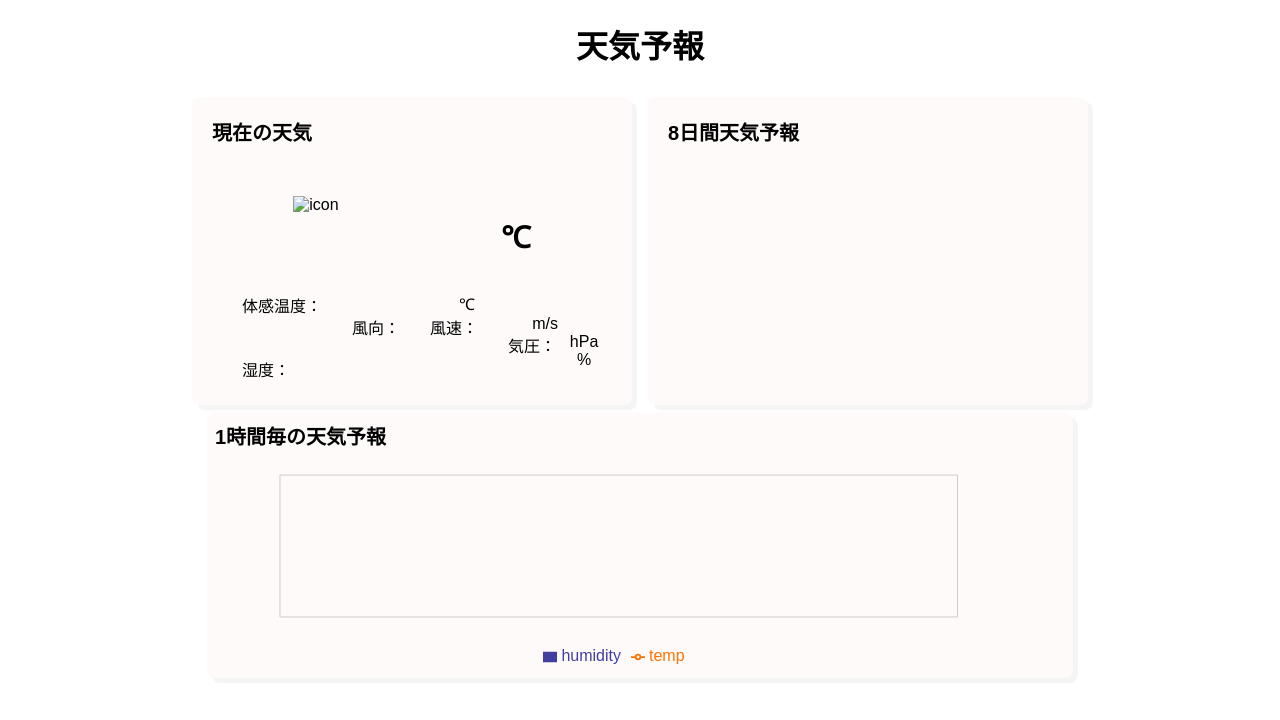
Repository: IshigureTomoki/weather-app
Page: /
The author's editor kept a copy of each file at every save. The page is drawn from the files as they stood at one save, then again after the next save.
The browser window is 1280 px wide. The pictures show the whole page.
The page's requests for data from a server got no answer. The project was rebuilt for these pictures with package versions that can differ from the ones it lists, and the page was loaded fresh each time. No one was signed in, and anything a server would have sent is missing.

Above is the page before, as saved 2022-02-25 15:21:11.

### src/App.tsx
import axios from "axios";
import { report } from "process";
import React, { useEffect, useState } from "react";
import { convertTypeAcquisitionFromJson } from "typescript";
import "./App.css";
import { LinePlot } from "./components/LinePlot";

function App() {
  useEffect(() => {
    wetherOneCall();
  }, []);

  type weatherReportType = {
    time: string;
    timezone: string;
    temp: string;
    feels_like: string;
    wind_deg: string;
    wind_speed: string;
    pressure: string;
    humidity: string;
    weatherDescription: string;
    weatherIcon: string;
  };

  type weatherDailyReportsType = {
    dt: number;
    temp: {
      max: string;
      min: string;
    };
    weather: [
      {
        description: string;
        icon: string;
        id: string;
        main: string;
      }
    ];
  };

  type weatherHourlyReportsType = {
    time: string;
    temp: string;
    humidity: string;
  };

  const [weatherReport, setWeatherReport] = useState<weatherReportType>();
  const [weatherDailyReports, setWeatherDailyReports] = useState<
    weatherDailyReportsType[]
  >([]);

  const [weatherHourlyReports, setWeatherHourlyReports] = useState<
    weatherHourlyReportsType[]
  >([]);
  const [serchCity, setSearchCity] = useState("");

  const time = (dt: number) => {
    const srTime = new Date(dt * 1000);
    const time = srTime.toLocaleTimeString();
    return `${time}`;
  };

  const hour = (dt: number) => {
    const srTime = new Date(dt * 1000);
    const hour = srTime.getHours();
    return `${hour}`;
  };

  const mday = (dt: number) => {
    const srTime = new Date(dt * 1000);
    const day = srTime.toLocaleDateString();
    return `${day}`;
  };

  const date = (dt: number) => {
    const srTime = new Date(dt * 1000);
    const date = srTime.getDate();
    return `${date}`;
  };

  const dayOfWeekStr = (dt: number) => {
    const srTime = new Date(dt * 1000);
    const day = srTime.getDay();
    const dayOfWeekStrJP = ["日", "月", "火", "水", "木", "金", "土"];
    return `(${dayOfWeekStrJP[day]})`;
  };

  const wetherOneCall = async () => {
    await axios
      .get(
        "https://api.openweathermap.org/data/2.5/onecall?lat=35.690&lon=139.692&lang=ja&units=metric&appid=ff86fbdda3c22e95ce0071f6a7826f6c"
      )
      .then((res) => {
        console.log(res);

        const get_wind_deg = (wind_deg: number) => {
          let r = "北↓";
          if (wind_deg >= 11.25) r = "北北東";
          if (wind_deg >= 33.75) r = "北東↙︎";
          if (wind_deg >= 56.25) r = "東北東";
          if (wind_deg >= 78.75) r = "東←";
          if (wind_deg >= 101.25) r = "東南東";
          if (wind_deg >= 123.75) r = "南東↖︎";
          if (wind_deg >= 146.25) r = "南南東";
          if (wind_deg >= 168.75) r = "南↑";
          if (wind_deg >= 191.25) r = "南南西";
          if (wind_deg >= 213.75) r = "南西↗︎";
          if (wind_deg >= 236.25) r = "西南西";
          if (wind_deg >= 258.75) r = "西→";
          if (wind_deg >= 281.25) r = "西北西";
          if (wind_deg >= 303.75) r = "北西↘︎";
          if (wind_deg >= 326.25) r = "北北西";
          return r;
        };

        const report = {
          time: `${mday(res.data.current.dt)} ${time(res.data.current.dt)}`,
          timezone: res.data.timezone,
          temp: res.data.current.temp,
          feels_like: res.data.current.feels_like,
          wind_deg: get_wind_deg(res.data.current.wind_deg),
          wind_speed: res.data.current.wind_speed,
          pressure: res.data.current.pressure,
          humidity: res.data.current.humidity,
          weatherDescription: res.data.current.weather[0].description,
          weatherIcon: `http://openweathermap.org/img/wn/${res.data.current.weather[0].icon}@2x.png`,
        };

        const hourlyreports = res.data.hourly.map(
          (hourly: any, index: number) => {
            return {
              time: hour(hourly.dt),
              temp: hourly.temp,
              humidity: hourly.humidity,
            };
          }
        );

        hourlyreports.length = 24;

        console.log(report);
        setWeatherReport(report);
        setWeatherDailyReports(res.data.daily);
        console.log(hourlyreports);
        setWeatherHourlyReports(hourlyreports);
      });
  };
  return (
    <>
      <div className="App">
        <h1>天気予報</h1>
        <div className="upper">
          <div className="now-area">
            <div className="title">現在の天気</div>
            <div className="nowtime">{weatherReport?.time}</div>
            <div className="nowplace">{weatherReport?.timezone}</div>
            <div className="nowtemps">
              <div>
                <img src={weatherReport?.weatherIcon} alt="icon" width={120} />
              </div>
              <div className="nowtemps2">
                <div className="nowtemp">{weatherReport?.temp}℃</div>
                <div className="nowdes">
                  {weatherReport?.weatherDescription}
                </div>
              </div>
            </div>
            <dl>
              <dt>体感温度</dt>
              <dd>{weatherReport?.feels_like}℃</dd>
              <dt>風向</dt>
              <dd>{weatherReport?.wind_deg}</dd>
              <dt>風速</dt>
              <dd>{weatherReport?.wind_speed}m/s</dd>
              <dt>気圧</dt>
              <dd>{weatherReport?.pressure}hPa</dd>
              <dt>湿度</dt>
              <dd>{weatherReport?.humidity}%</dd>
            </dl>
          </div>

          <div className="dayly-area">
            <div className="title">8日間天気予報</div>

            {weatherDailyReports.map((report) => (
              <>
                <div className="dayly">
                  <div className="daylyd">
                    {date(report.dt)}
                    {dayOfWeekStr(report.dt)}
                  </div>
                  <div className="daylyi">
                    <img
                      src={`http://openweathermap.org/img/wn/${report.weather[0].icon}@2x.png`}
                      alt="icon"
                      width={40}
                    />
                  </div>
                  <div className="daylyde">{report.weather[0].description}</div>
                  <div className="daylym">
                    {report.temp.max}/{report.temp.min}℃
                  </div>
                </div>
              </>
            ))}
          </div>
        </div>

        <div className="hourly-area">
          <div className="title">1時間毎の天気予報</div>
          <LinePlot data={weatherHourlyReports} />
        </div>
      </div>
    </>
  );
}

export default App;

### src/App.css
body {
  font-family: sans-serif;
}

.App {
  text-align: center;
}

.upper {
  display: flex;
  justify-content: center;
}
.now-area {
  text-align: center;
  background-color: #fffafa;
  box-shadow: 5px 5px #f5f5f5;
  width: 400px;
  padding: 20px;
  margin: 8px;
  border-radius: 8px;
}
.nowtime {
  font-size: 30px;
}

.nowplace{
  font-size: 25px;
}
.nowtemps{
  padding-top: 30px;
  display: flex;
  justify-content:space-around;
}
.nowtemps2{
  padding: 20px 0;
}

.nowtemp{
  font-size: 30px;
  font-weight:bold;
}

dt {
  float: left;
  padding-left: 30px;
}

dt::after {
  content: "：";
}

.dayly-area {
  text-align: center;
  background-color: #fffafa;
  box-shadow: 5px 5px #f5f5f5;
  width: 400px;
  padding: 20px;
  margin: 8px;
  border-radius: 8px;
}

.dayly {
  display: flex;
}

.daylyd {
  width: 60px;
}

.daylyi {
  width: 90px;
}

.daylym {
  width: 150px;
}

.daylyde {
  width: 100px;
}

.hourly-area {
  background-color: #fffafa;
  box-shadow: 5px 5px #f5f5f5;
  width: 850px;
  padding: 8px;
  margin: 0 auto;
  border-radius: 8px;
}
.title {
  text-align: left;
  margin: 0px 0px 20px 0px;
  font-weight: bold;
  font-size: 20px;
}

### src/components/LinePlot.tsx
import {
  Line,
  CartesianGrid,
  XAxis,
  YAxis,
  Tooltip,
  Bar,
  ComposedChart,
  ResponsiveContainer,
  Legend,
} from "recharts";

export const LinePlot = (props: any) => {
  const data = props.data;
  // const data = [
  //   { time: "15", temp: 8.67, humidity: 5 },
  //   { time: "16", temp: 8.87, humidity: 24 },
  //   { time: "17", temp: 8.61, humidity: 25 },
  //   { time: "18", temp: 8.26, humidity: 26 },
  //   { time: "19", temp: 6.67, humidity: 60 },
  //   { time: "20", temp: 5.31, humidity: 68 },
  //   { time: "21", temp: 3.73, humidity: 10 },
  //   { time: "22", temp: 3.32, humidity: 22 },
  // ];
  console.log(data);
  return (
    <ResponsiveContainer width="95%" height={200}>
      <ComposedChart  data={data}>
        <Bar
          yAxisId={2}
          dataKey="humidity"
          barSize={15}
          fill="#413ea0"
          label={{ fill: "white", fontSize: 10 }}
        />
        <Line yAxisId={1} type="monotone" dataKey="temp" stroke="#ff7300" />
        <CartesianGrid stroke="#ccc" />
        <XAxis dataKey="time" label={{ value: "時刻", dx: 5 }} />
        <YAxis yAxisId={1} tickCount={8} unit="℃" label={{ value: "気温" }} />
        <YAxis
          yAxisId={2}
          tickCount={8}
          unit="%"
          label={{ value: "降水確率", dx: 5 }}
          orientation="right"
        />
        <Legend />
        <Tooltip />
      </ComposedChart>
    </ResponsiveContainer>
  );
};

Loaded but not shown: public/index.html (common file); src/index.tsx (common file); src/index.css (common file); src/reportWebVitals.ts (common file)

After the next save:
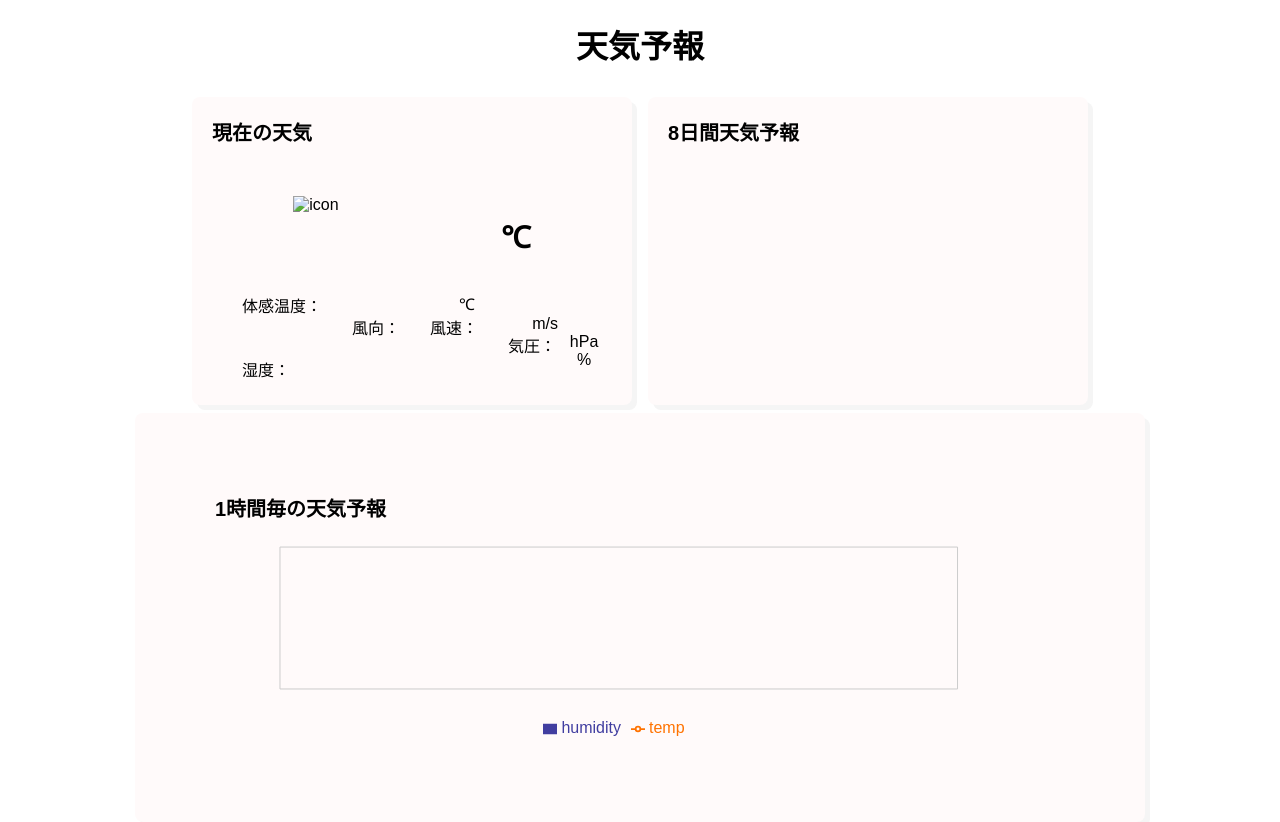
Saved 19 s later.
--- a/src/App.css
+++ b/src/App.css
@@ -83,7 +83,7 @@ dt::after {
   background-color: #fffafa;
   box-shadow: 5px 5px #f5f5f5;
   width: 850px;
-  padding: 8px;
+  padding: 80px;
   margin: 0 auto;
   border-radius: 8px;
 }
